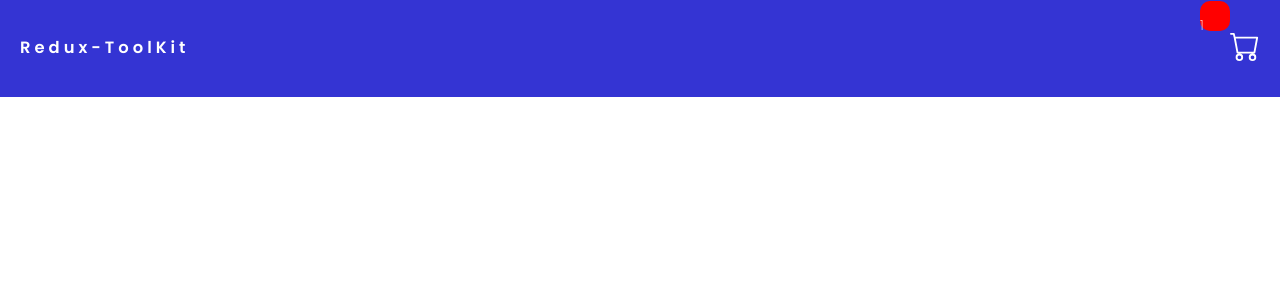
Repository: OmniaRafat232111121/shoppingCart
Page: /
These files come from the project's save history. The page is drawn as it stood at one moment and after a run of saves; the edit follows.
The browser window is 1280 px wide. The pictures show the whole page.
The project was rebuilt for these pictures with package versions that can differ from the ones it lists, and the page was loaded fresh each time. Also part of the build but not shown: src/App.css.

Above is the page before, as saved 2023-02-07 01:54:41.

### src/index.js
import React from 'react';
import ReactDOM from 'react-dom/client';
import './index.css';
import App from './App';
import { Provider } from 'react-redux';
import { store } from './store';
const root = ReactDOM.createRoot(document.getElementById('root'));
root.render(
  <React.StrictMode>
    <Provider store={store}>
      <App />
    </Provider>
  </React.StrictMode>
);

### src/index.css
@import url('https://fonts.googleapis.com/css2?family=Poppins:ital,wght@0,100;0,200;0,600;1,100;1,200;1,500;1,600&display=swap');
body {
  margin:0;
  padding:0;
  box-sizing: border-box;
  line-height: 1.5;
  font-size: 0.875rem;
  font-family: 'Poppins', sans-serif;
}
nav{
  background-color: rgb(52, 52, 211);
  padding:20px 20px;
}
.nav-center{
  display: flex;
  align-items: center;
  justify-content: space-between;
  width:100%;
  color:#fff;
  margin:0 auto;
}
.nav-center h3{
  letter-spacing: 4px;
}
.nav-center h3:hover{
  letter-spacing: 2px;
}
.nav-container{
  position: relative;
}
.amount-container{
  position: absolute;
  top:-30px;
  left:-30px;
  background-color: red;
  border-radius: 10px;
  width:30px;
  height:30px;
}

### src/App.js
import './App.css';
import Navbar from './Component/Navbar';

function App() {
  return (
    <div className="App">
  <Navbar/>
    </div>
  );
}

export default App;

### src/store.js
import { configureStore } from "@reduxjs/toolkit";
import cartReducer from './features/cart/cartSlice'
export const store = configureStore({
    reducer: {
        cart:cartReducer
    }
})

### src/Component/Navbar.js
import React from 'react'
import { useSelector } from 'react-redux';
import {BsCart} from 'react-icons/bs'
const Navbar = () => {
    const {amount}=useSelector((state)=>state.cart)
  return (
      <>
          <nav>
              <div className='nav-center'>
                  <h3>Redux-ToolKit</h3>
                  <div className='nav-container'>
                      <BsCart size={30}  />
                      <div className='amount-container'>
            <p className='total-amount'>1</p>
          </div>
                  </div>

              </div>
          </nav>
      </>
  )
}

export default Navbar

### src/features/cart/cartSlice.js
import { createSlice } from "@reduxjs/toolkit";
const initialState = {
    cartItems: [],
    amount: 0,
    total: 0,
    isLoading:true
}
  const cartSlice = createSlice({
    name: 'cart',
    initialState,
})
console.log(cartSlice)
export default cartSlice.reducer

Loaded but not shown: public/index.html (common file)

After the next 2 saves:
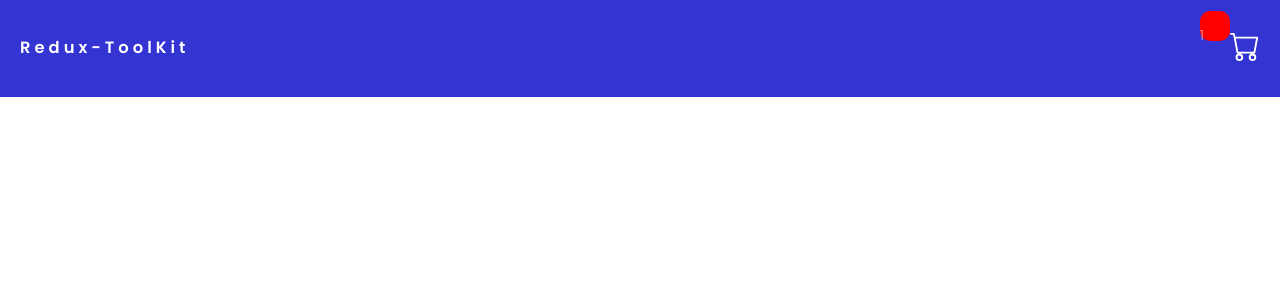
The 2 saves are shown as one change because they came seconds apart.
The last was saved 10 s later.
--- a/src/index.css
+++ b/src/index.css
@@ -30,7 +30,7 @@ nav{
 }
 .amount-container{
   position: absolute;
-  top:-30px;
+  top:-20px;
   left:-30px;
   background-color: red;
   border-radius: 10px;
